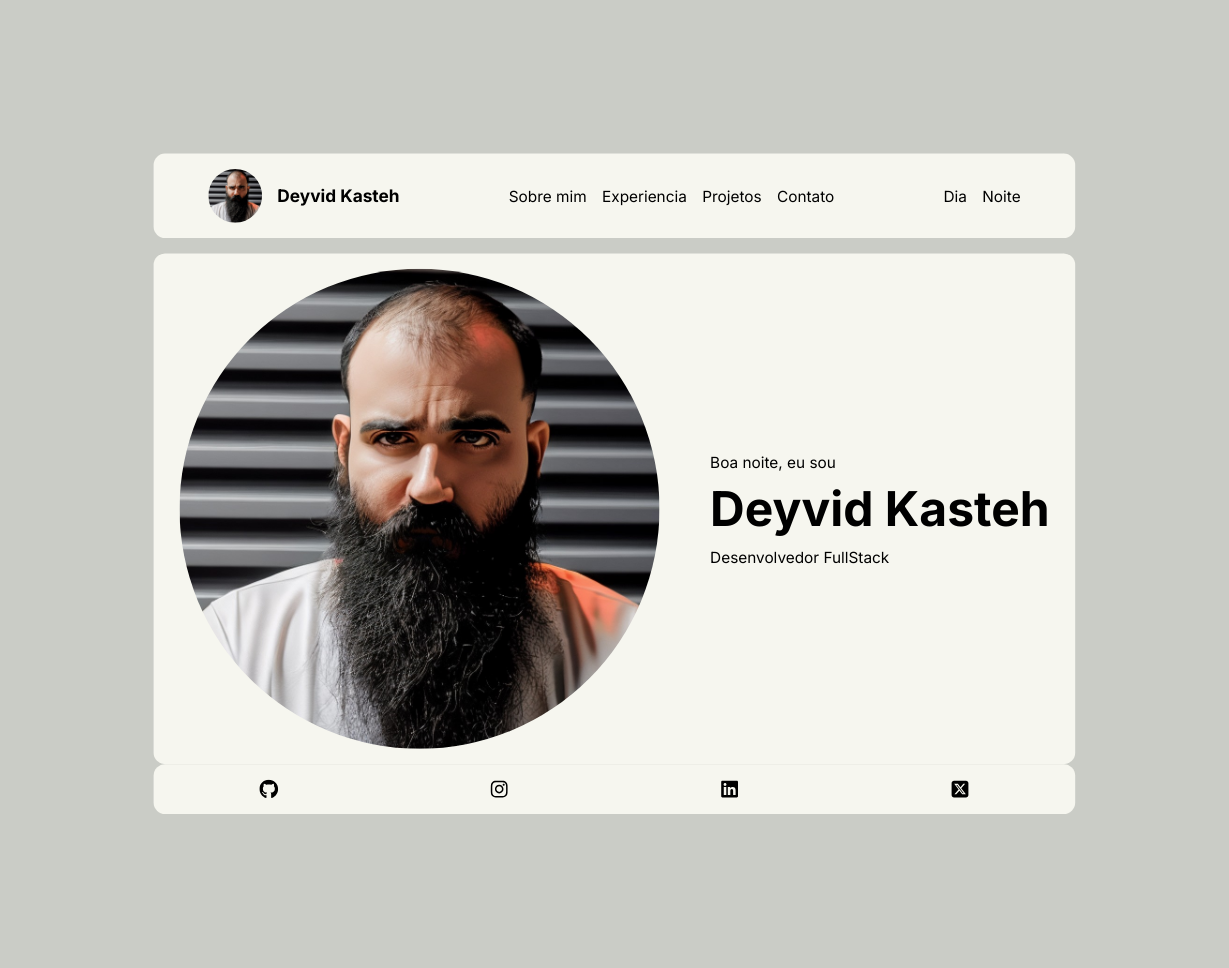
Repository: Deyvid-Kasteh/kasteh_portfolio
Page: /
An editor plug-in stored every save of this project. The page is shown before and after the next save, followed by the edit.
The browser window is 1280 px wide. The pictures show the whole page, at 96% of full size.
The project was rebuilt for these pictures with package versions that can differ from the ones it lists, and the page was loaded fresh each time. The framework's server and built-in components were replaced by stand-ins that run in the browser. Also part of the build but not shown: next.config.mjs.

Above is the page before, as saved 2024-03-26 01:05:51.

After the next save:
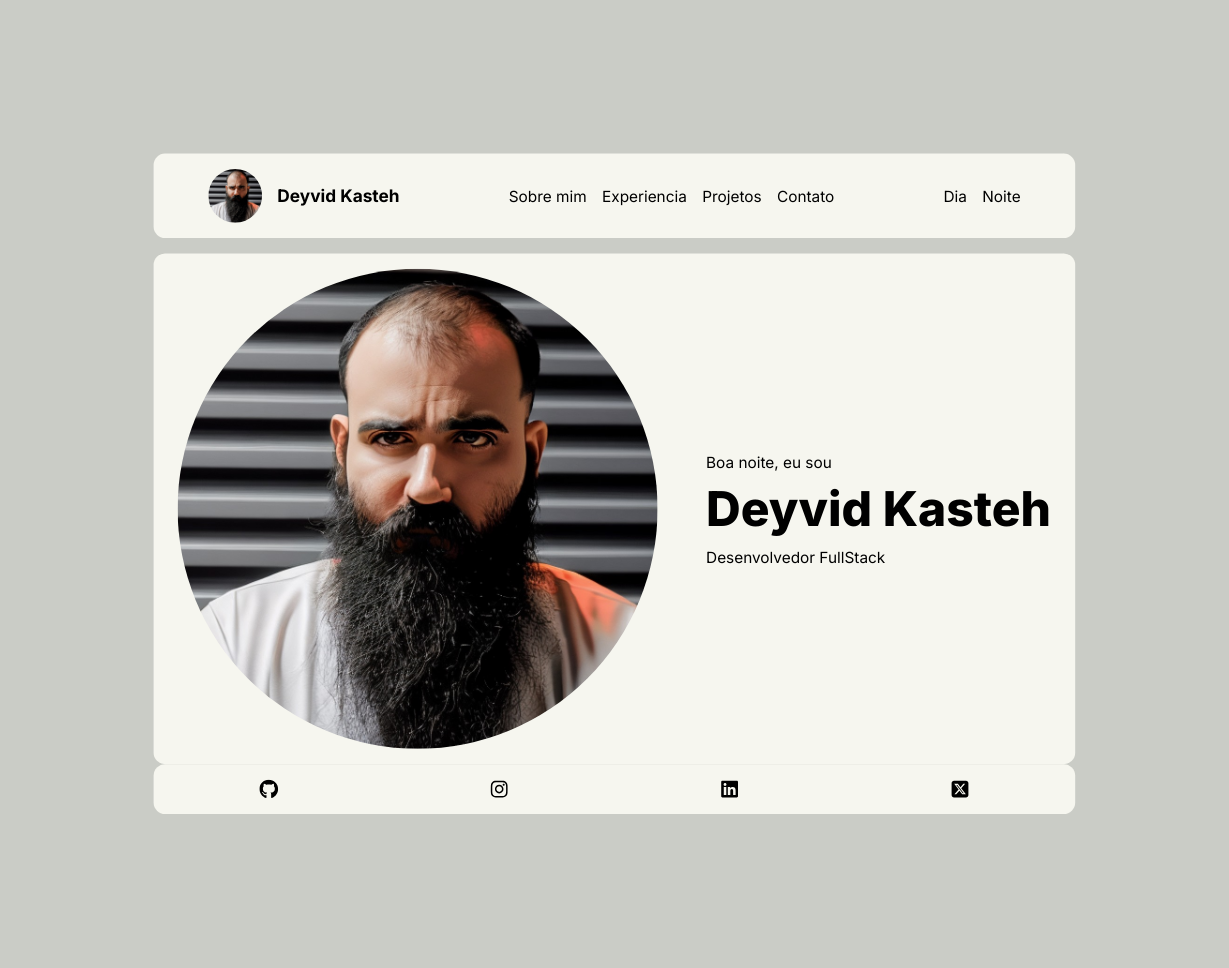
Saved 10 s later.
--- a/src/app/components/SobreMim.tsx
+++ b/src/app/components/SobreMim.tsx
@@ -9,7 +9,7 @@ const SobreMim: React.FC = () => {
       </div>
       <div className="flex flex-col">
         <span>Boa noite, eu sou</span>
-        <span className="text-[50px] font-bold">Deyvid Kasteh</span>
+        <span className="text-[50px] font-extrabold">Deyvid Kasteh</span>
         <span>Desenvolvedor FullStack</span>
       </div>
     </>
